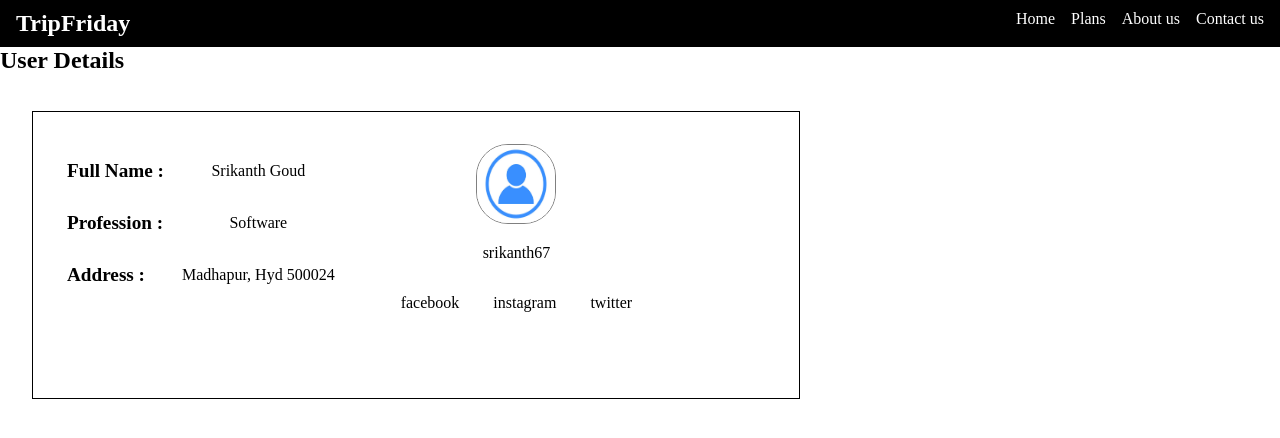
Repository: suraj-yadav7/userprofile
Page: /
An editor plug-in stored every save of this project. The page is shown before and after the next save, followed by the edit.
The browser window is 1280 px wide. The pictures show the whole page.
The page's requests for data from a server got no answer. The project was rebuilt for these pictures with package versions that can differ from the ones it lists, and the page was loaded fresh each time. No one was signed in, and anything a server would have sent is missing. Also part of the build but not shown: src/components/UserDetails.jsx.

Above is the page before, as saved 2023-05-04 14:54:12.

### src/App.js
import './App.scss';
import UserProfile from './components/UserProfile';
import UserDetails from './components/UserDetails';
import { BrowserRouter as Router, Routes, Route } from 'react-router-dom';
import Header from './components/Header';


function App() {
  return (
    <>
    <Router>
      <Header />
      <Routes>
        <Route exact path='/' element={<UserProfile/>} />
        <Route exact path='/userdetails' element={<UserDetails/> } />
      </Routes>
    </Router>
    </>
  );
}

export default App;

### src/App.scss
*{
padding: 0;
margin: 0;
box-sizing: border-box;
}
nav{
    display: flex;
    justify-content:space-between;
    padding: 10px 1rem;
    background-color: black;
    color: white;
    >div>ul{
        display: flex;
        list-style: none;
        gap: 1rem;
    }
}

### src/components/UserProfile.jsx
import React, { useEffect, useState } from 'react';
import { useNavigate } from 'react-router-dom';
import "../assests/userProfile.scss";
import usericon from"../assests/usericon.jpg"
import "../assests/userDetails.scss"


const UserProfile = () => {
  const [show, setShow] = useState(false)
  const [userData, setUserData] = useState("")
  const navigate = useNavigate()

  const handleNavigate = () => {
    navigate("/userdetails")
  }


  useEffect(() => {
    const Users = async () => {
      try {
        const fetchUser = await fetch("https://jsonplaceholder.typicode.com/users")
        const data = await fetchUser.json()
      setUserData(data)

      }
      catch (error) {
        console.log("Error while fetching user data from api")
      }
    }
    Users()
  }, [])
  console.log(userData)
  return (
    <>
    <div>
      <div className='userprofile'>
        <h2>User Details</h2>
        <div className='userList'>
          {
            Array.isArray(userData) && userData.map((userIndex) => {

              return (
                <div key={userIndex.id} className='fetchList'>
                  <p onMouseOver={()=>setShow(true)} onMouseOut={()=>setShow(false)} >{userIndex.username} </p>
                  <button onClick={()=>handleNavigate(userIndex.id)} >Show Details</button>
                </div>
              )
            })}

        </div>
        {show ?
          (<div className='hoverItem'>
            <p>Username: username435</p>
            <p>Email: username435@gmail.com</p>
          </div>) : null
        }
        </div>

            <div className='details'>
  <div className='sub1'>
<table>
  <tr>
    <td><h3>Full Name :  </h3></td>
    <td><p> Srikanth Goud</p> </td>
  </tr>
  <tr>
    <td><h3>Profession :  </h3></td>
    <td><p> Software </p> </td>
  </tr>
  <tr>
    <td><h3>Address :</h3></td>
    <td><p>Madhapur, Hyd 500024</p> </td>
  </tr>
</table>

  </div>
  <div className='sub2'>
    <img src={usericon} alt="userimage"></img>
    <p>srikanth67</p>
    <div className='socialMedia'>
      <p>facebook</p>
      <p>instagram</p>
      <p>twitter</p>
    </div>
  </div>
 </div>
  </div>
    </>
  )
}

export default UserProfile

### src/components/Header.jsx
import React from 'react'

const Header = () => {
  return (
  <>
  <nav>
<h1>TripFriday</h1>
<div>
    <ul>
        <li>Home</li>
        <li>Plans</li>
        <li>About us</li>
        <li>Contact us</li>
    </ul>
</div>
</nav>
  </>
  )
}

export default Header

### src/assests/userProfile.scss
@import "./color.scss";

.userprofile{
    gap: 2rem;
    display: flex;
}
.userList{
    margin: 1rem 1rem;
    >div{
        padding: 1rem;
        display: flex;
        text-align: center;
    }
}
.fetchList,p,button{
    padding: 30 px;
    margin: 1rem;
    text-align: center;

    >p{
        font: 400 1.1rem sans-serif;
    }
    >button{
        background-color:beige;
        border:1px solid grey;
        width: 6rem;
        height: 2rem;
        border-radius: 1rem;
    }
}

.hoverItem{
    margin:10rem 20rem;
}

### src/assests/userDetails.scss
@import "./color.scss";

.details{
    display: flex;
    gap: 2rem;
    border: 1px solid black;
    width: 60vw;
    height: 40vh;
    padding: 2rem;
    margin: 2rem 2rem;
    >.sub1{
        p{
            font-size: 1rem;
        }
        h3{
            font-size: 1.2rem;
        }
    }

    >.sub2 {
        text-align: center;
    >img{
        width: 5rem;
        height: 5rem;
        border: 1px solid grey;
        border-radius: 2rem;
    }

    >div{
        margin: 1rem 0;
        display: flex;
        gap: 2px;
        align-items: center;
    }
}
}

### src/assests/color.scss
$primary-color: #0f171e;
$secondary-color: #1a242f;
$font-primary:#ffff;
$font-secondary: #79b8f3;

Loaded but not shown: public/index.html (common file); src/index.js (common file)

After the next save:
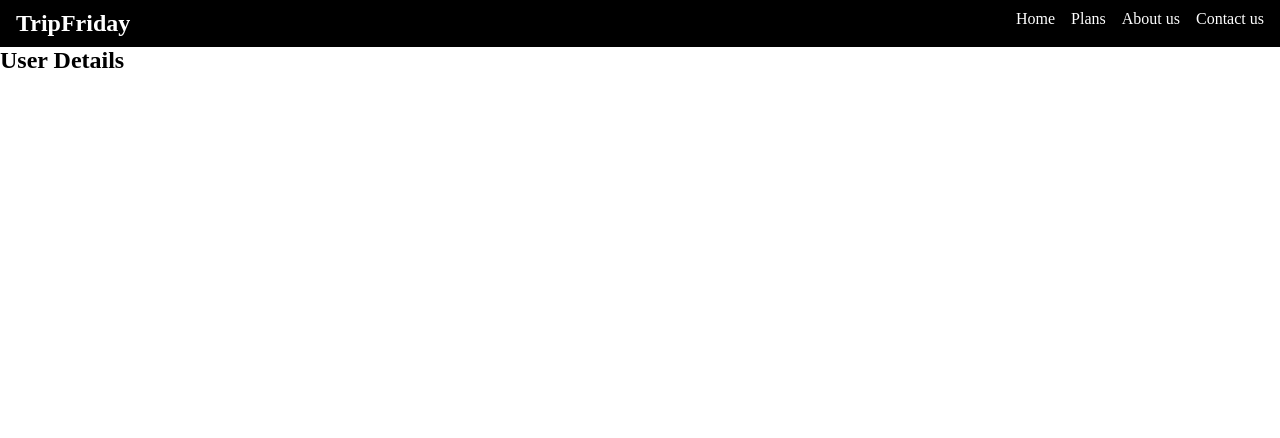
Saved 100 s later.
--- a/src/components/UserProfile.jsx
+++ b/src/components/UserProfile.jsx
@@ -1,9 +1,6 @@
 import React, { useEffect, useState } from 'react';
 import { useNavigate } from 'react-router-dom';
 import "../assests/userProfile.scss";
-import usericon from"../assests/usericon.jpg"
-import "../assests/userDetails.scss"
-
 
 const UserProfile = () => {
   const [show, setShow] = useState(false)
@@ -14,35 +11,31 @@ const UserProfile = () => {
     navigate("/userdetails")
   }
 
-
   useEffect(() => {
     const Users = async () => {
       try {
         const fetchUser = await fetch("https://jsonplaceholder.typicode.com/users")
         const data = await fetchUser.json()
-      setUserData(data)
-
+        setUserData(data)
       }
       catch (error) {
         console.log("Error while fetching user data from api")
       }
     }
-    Users()
+Users()
+
   }, [])
-  console.log(userData)
+  console.log(userData.username)
   return (
     <>
-    <div>
       <div className='userprofile'>
         <h2>User Details</h2>
         <div className='userList'>
           {
             Array.isArray(userData) && userData.map((userIndex) => {
-
               return (
-                <div key={userIndex.id} className='fetchList'>
-                  <p onMouseOver={()=>setShow(true)} onMouseOut={()=>setShow(false)} >{userIndex.username} </p>
-                  <button onClick={()=>handleNavigate(userIndex.id)} >Show Details</button>
+                <div>
+                  <p onMouseOver={() => setShow(true)} onMouseOut={() => setShow(false)}>{userData.username}</p> <button onClick={handleNavigate} >Show Details</button>
                 </div>
               )
             })}
@@ -50,41 +43,11 @@ const UserProfile = () => {
         </div>
         {show ?
           (<div className='hoverItem'>
-            <p>Username: username435</p>
-            <p>Email: username435@gmail.com</p>
+            <p>Username: srikanth67</p>
+            <p>Email: srikanth@gmail.com</p>
           </div>) : null
         }
-        </div>
-
-            <div className='details'>
-  <div className='sub1'>
-<table>
-  <tr>
-    <td><h3>Full Name :  </h3></td>
-    <td><p> Srikanth Goud</p> </td>
-  </tr>
-  <tr>
-    <td><h3>Profession :  </h3></td>
-    <td><p> Software </p> </td>
-  </tr>
-  <tr>
-    <td><h3>Address :</h3></td>
-    <td><p>Madhapur, Hyd 500024</p> </td>
-  </tr>
-</table>
-
-  </div>
-  <div className='sub2'>
-    <img src={usericon} alt="userimage"></img>
-    <p>srikanth67</p>
-    <div className='socialMedia'>
-      <p>facebook</p>
-      <p>instagram</p>
-      <p>twitter</p>
-    </div>
-  </div>
- </div>
-  </div>
+      </div>
     </>
   )
 }
